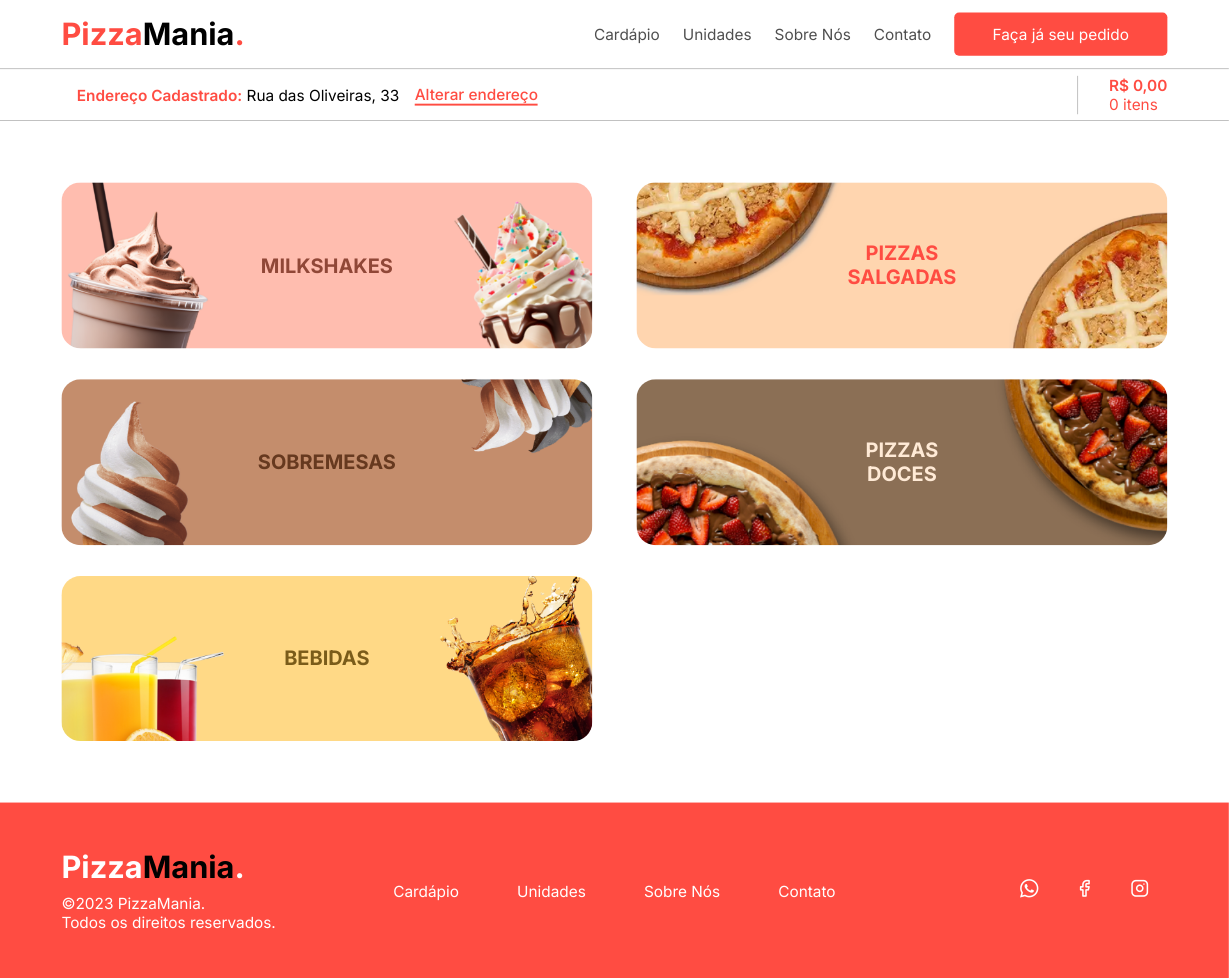
Repository: lucas-albuq/PizzaMania
Page: assets/pages/cardapio.html
An editor plug-in stored every save of this project. The page is shown before and after the next save, followed by the edit.
The browser window is 1280 px wide. The pictures show the whole page, at 96% of full size.
The pointer rests on the first visible `.categorias-cardapio a`.
Some icons come from a web library that is not loaded, so they are not drawn. Some web libraries are served in a nearby version.

Above is the page before, as saved 2024-01-04 21:54:35.

After the next save:
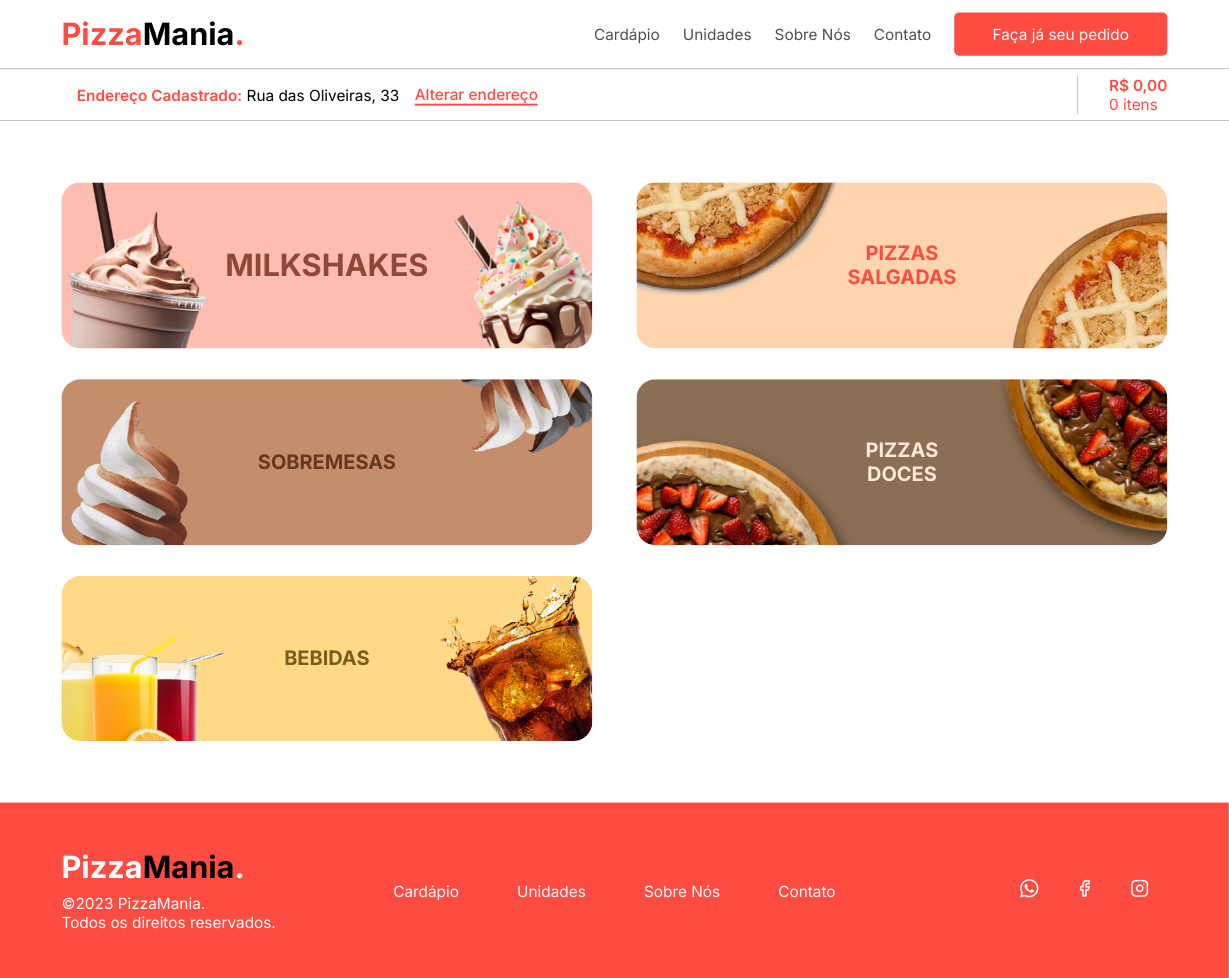
Saved 10 s later.
--- a/assets/css/pizzamania.css
+++ b/assets/css/pizzamania.css
@@ -401,7 +401,7 @@ footer .footer{
 }
 
 .categorias-cardapio a:hover h2{
-
+  font-size: 2em
 }
 
 .categorias-cardapio .milkshakes{
